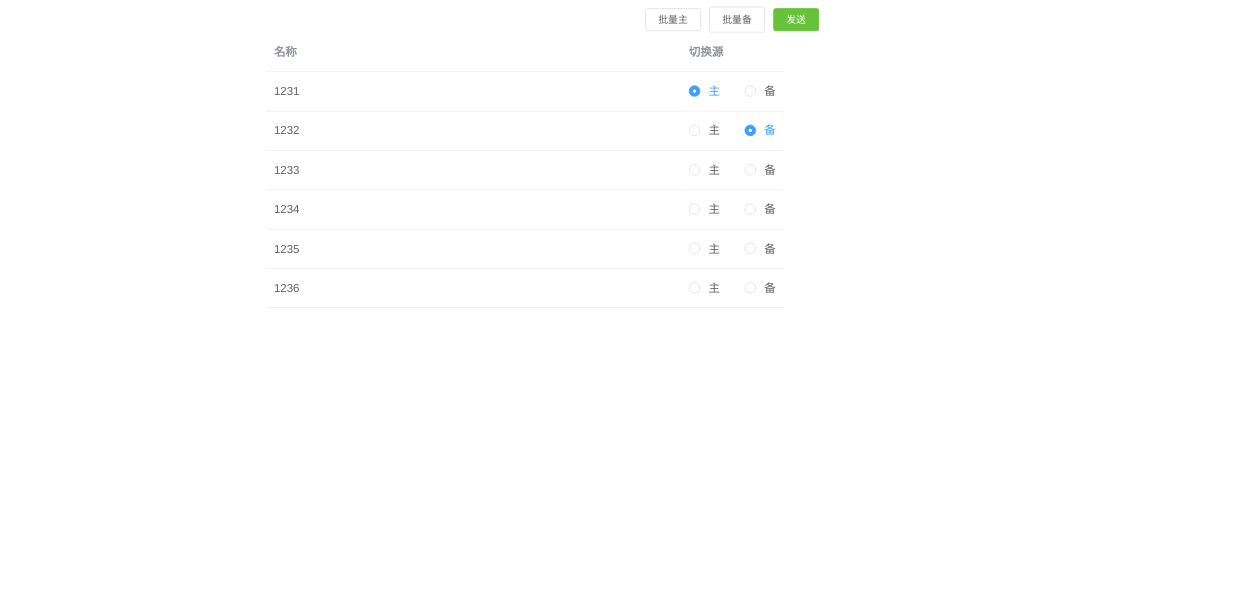
Repository: faintout/BHMQTTSendTool
Page: /
An editor plug-in stored every save of this project. The page is shown before and after the next save, followed by the edit.
The browser window is 1280 px wide. The page is 1525 px wide, so the pictures cover 1525 px, including what lies to the right of the window. The pictures show the whole page, at 82% of full size.
The project was rebuilt for these pictures with package versions that can differ from the ones it lists, and the page was loaded fresh each time. Also part of the build but not shown: vue.config.js. Imported but missing from the stored project, and not drawn on this page: src/views/About.vue.

Above is the page before, as saved 2020-08-26 14:08:51.

After the next save:
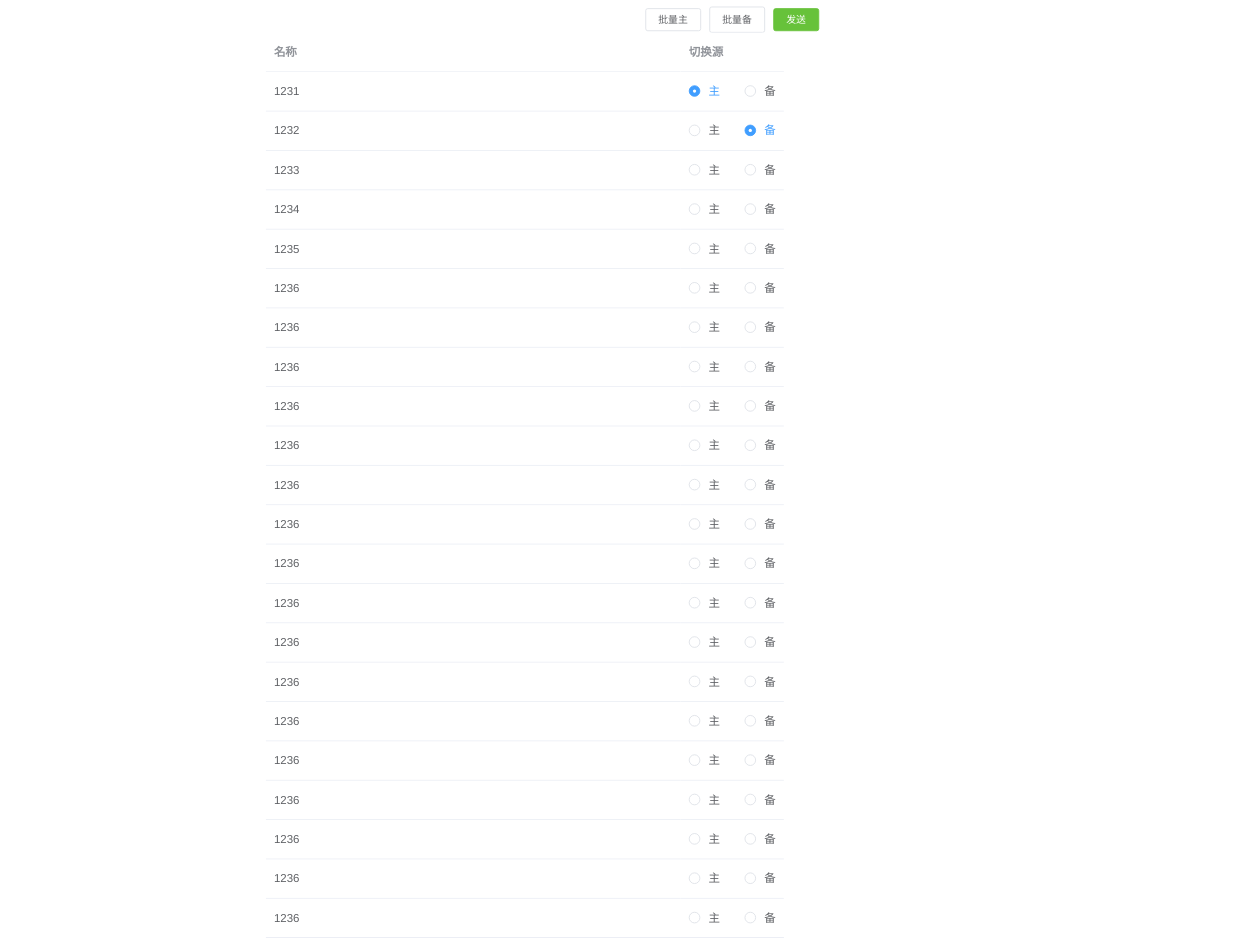
Saved 4 s later.
--- a/src/views/Home.vue
+++ b/src/views/Home.vue
@@ -85,6 +85,102 @@ export default {
                 enable:'1',
                 data:'333'
             }
+            ,{
+                id:6,
+                name:'1236',
+                enable:'1',
+                data:'333'
+            }
+            ,{
+                id:6,
+                name:'1236',
+                enable:'1',
+                data:'333'
+            }
+            ,{
+                id:6,
+                name:'1236',
+                enable:'1',
+                data:'333'
+            }
+            ,{
+                id:6,
+                name:'1236',
+                enable:'1',
+                data:'333'
+            }
+            ,{
+                id:6,
+                name:'1236',
+                enable:'1',
+                data:'333'
+            }
+            ,{
+                id:6,
+                name:'1236',
+                enable:'1',
+                data:'333'
+            }
+            ,{
+                id:6,
+                name:'1236',
+                enable:'1',
+                data:'333'
+            }
+            ,{
+                id:6,
+                name:'1236',
+                enable:'1',
+                data:'333'
+            }
+            ,{
+                id:6,
+                name:'1236',
+                enable:'1',
+                data:'333'
+            }
+            ,{
+                id:6,
+                name:'1236',
+                enable:'1',
+                data:'333'
+            }
+            ,{
+                id:6,
+                name:'1236',
+                enable:'1',
+                data:'333'
+            }
+            ,{
+                id:6,
+                name:'1236',
+                enable:'1',
+                data:'333'
+            }
+            ,{
+                id:6,
+                name:'1236',
+                enable:'1',
+                data:'333'
+            }
+            ,{
+                id:6,
+                name:'1236',
+                enable:'1',
+                data:'333'
+            }
+            ,{
+                id:6,
+                name:'1236',
+                enable:'1',
+                data:'333'
+            }
+            ,{
+                id:6,
+                name:'1236',
+                enable:'1',
+                data:'333'
+            }
         ]
     }
   },
